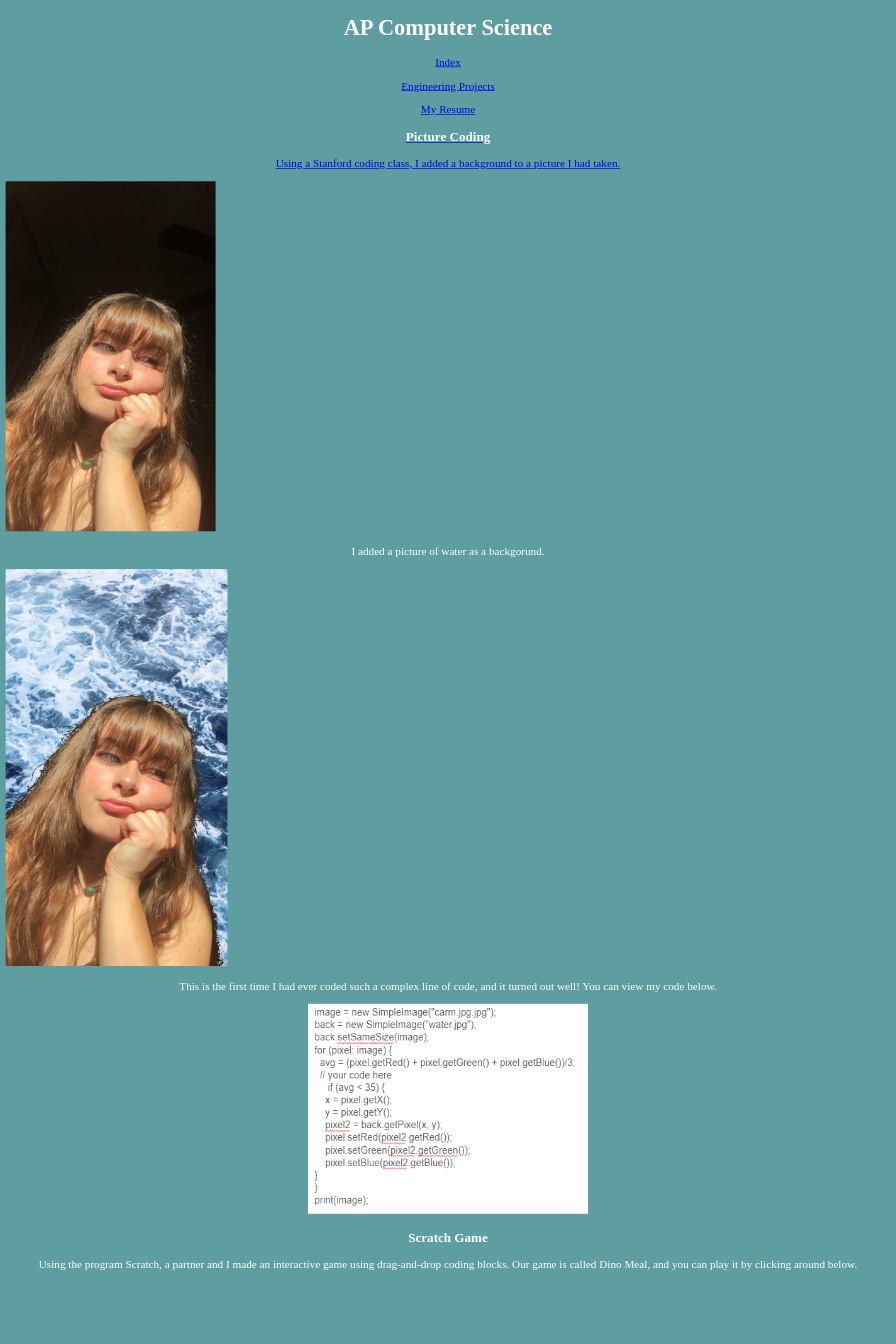
Repository: cdzendzel/cdzendzel.github.io
Page: apcs.html
The author's editor kept a record of every edit. The page is drawn from the files as they stood at one moment, then again after the next edit.
The browser window is 1280 px wide. The pictures show the part of the page from y = 0 to 1920 px (the page is 2910 px tall), at 70% of full size.
Pictures or frames that could not be fetched are drawn as grey boxes.

Above is the page before.

### apcs.html


<!DOCTYPE html>
<html>
     <body style="background-color:cadetblue;">
<head>
<title>Carmela's Webpage</title>
</head>
<body>


<h1 style="text-align:center; color:white;">AP Computer Science</h1>
<p style="text-align:center; color:white;"><a href="index.html" target = "_blank">Index</a></p>
<p style="text-align:center; color:white;"><a href="engineering.html" target = "_blank">Engineering Projects</p>
<p style="text-align:center; color:white;"><a href="resume.html" target = "_blank">My Resume</p>

</body>
<h3 style="text-align:center; color:white;">Picture Coding</h3>

</html>
</body>
</html>

<p style="text-align:center; color:white;">Using a Stanford coding class, I added a background to a picture I had taken.  </a></p>
<center></center><img src="images/carm.jpg.JPG" alt="Picture of me before coding" width="300" height="500">
</center>
<p style="text-align:center; color:white;">I added a picture of water as a backgorund.  <a></p>
<center></center><img src="images/carm.water.code.PNG" alt="Picture of me after coding with water as the background"">
</center>
<p style="text-align:center; color:white;">This is the first time I had ever coded such a complex line of code, and it turned out well! You can view my code below.</a></p>
<center><img src="images/pic.code.PNG" alt="Carmela's Picture Code" width="400" height="300">
</center>
<h3 style="text-align:center; color:white;">Scratch Game</h3>
<p style="text-align:center; color:white;">Using the program Scratch, a partner and I made an interactive game using drag-and-drop coding blocks. Our game is called Dino Meal, and you can play it by clicking around below.  </a></p>
<center><iframe src="https://docs.google.com/presentation/d/e/2PACX-1vQlzyCuhyRdYywk_B_c0P-xEZjcl4PeS42tZtRi-OlesZ-Pv65c4r4OaglgzEBHuYl5XDBwqpA1L_Ub/embed?start=false&loop=false&delayms=3000" frameborder="0" width="960" height="569" allowfullscreen="true" mozallowfullscreen="true" webkitallowfullscreen="true" width="500"  height="400"></iframe>
</center>
<h3 style="text-align:center; color:white;">Interactive Fiction Story</h3>
<p style="text-align:center; color:white;">With another pair, I created an interactive fiction story based off the story of the Wizard of Oz.  You can view our code and play our game below.  </a></p>
<center><iframe height="400px" width="100%" src="https://repl.it/@gabib44/Interactive-Story?lite=true" scrolling="no" frameborder="no" allowtransparency="true" allowfullscreen="true" sandbox="allow-forms allow-pointer-lock allow-popups allow-same-origin allow-scripts allow-modals" width="500" height="750"></iframe>
</center>
</body>

After the next edit:
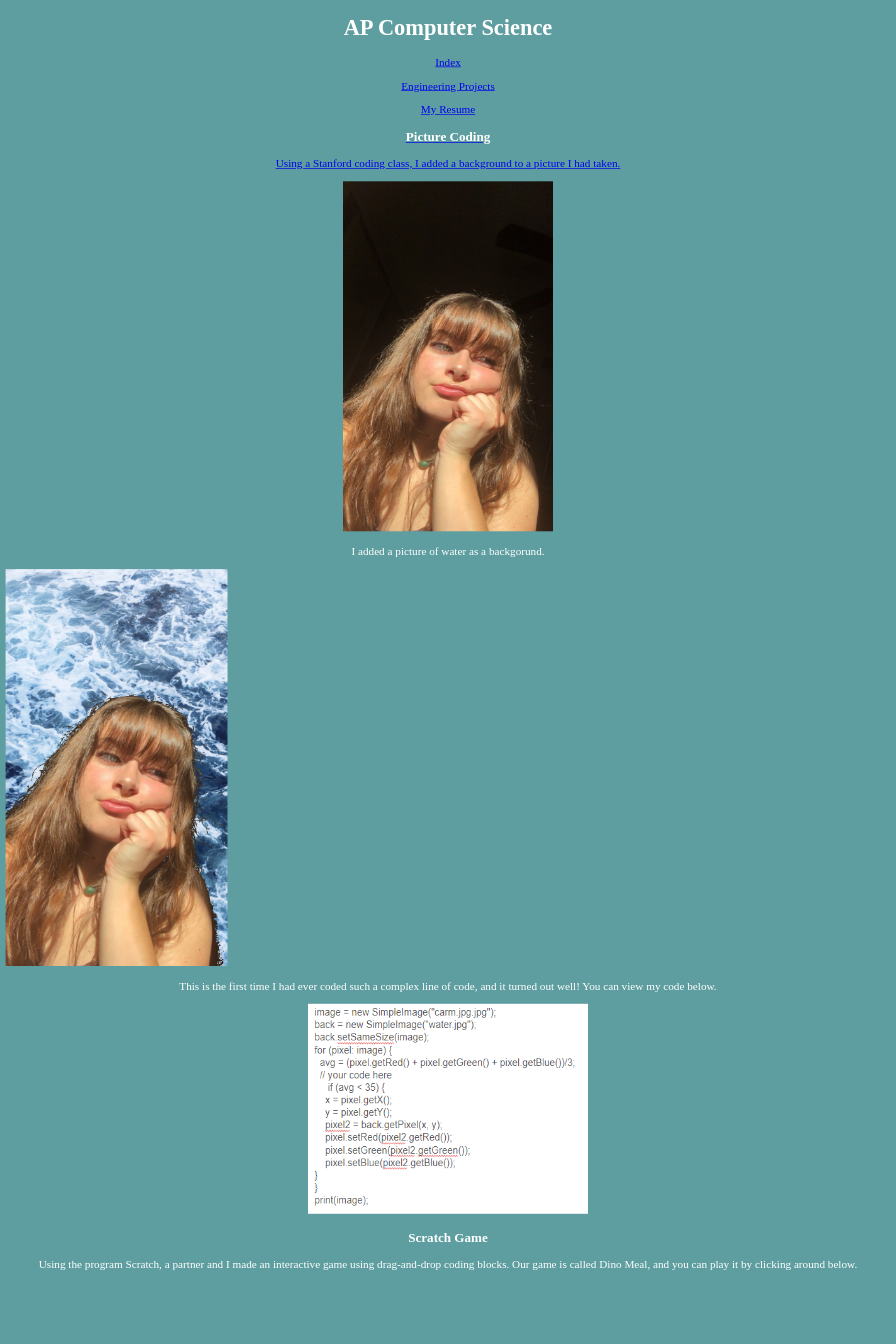
The edit:
--- a/apcs.html
+++ b/apcs.html
@@ -22,7 +22,7 @@
 </html>
 
 <p style="text-align:center; color:white;">Using a Stanford coding class, I added a background to a picture I had taken.  </a></p>
-<center></center><img src="images/carm.jpg.JPG" alt="Picture of me before coding" width="300" height="500">
+<center><img src="images/carm.jpg.JPG" alt="Picture of me before coding" width="300" height="500">
 </center>
 <p style="text-align:center; color:white;">I added a picture of water as a backgorund.  <a></p>
 <center></center><img src="images/carm.water.code.PNG" alt="Picture of me after coding with water as the background"">
